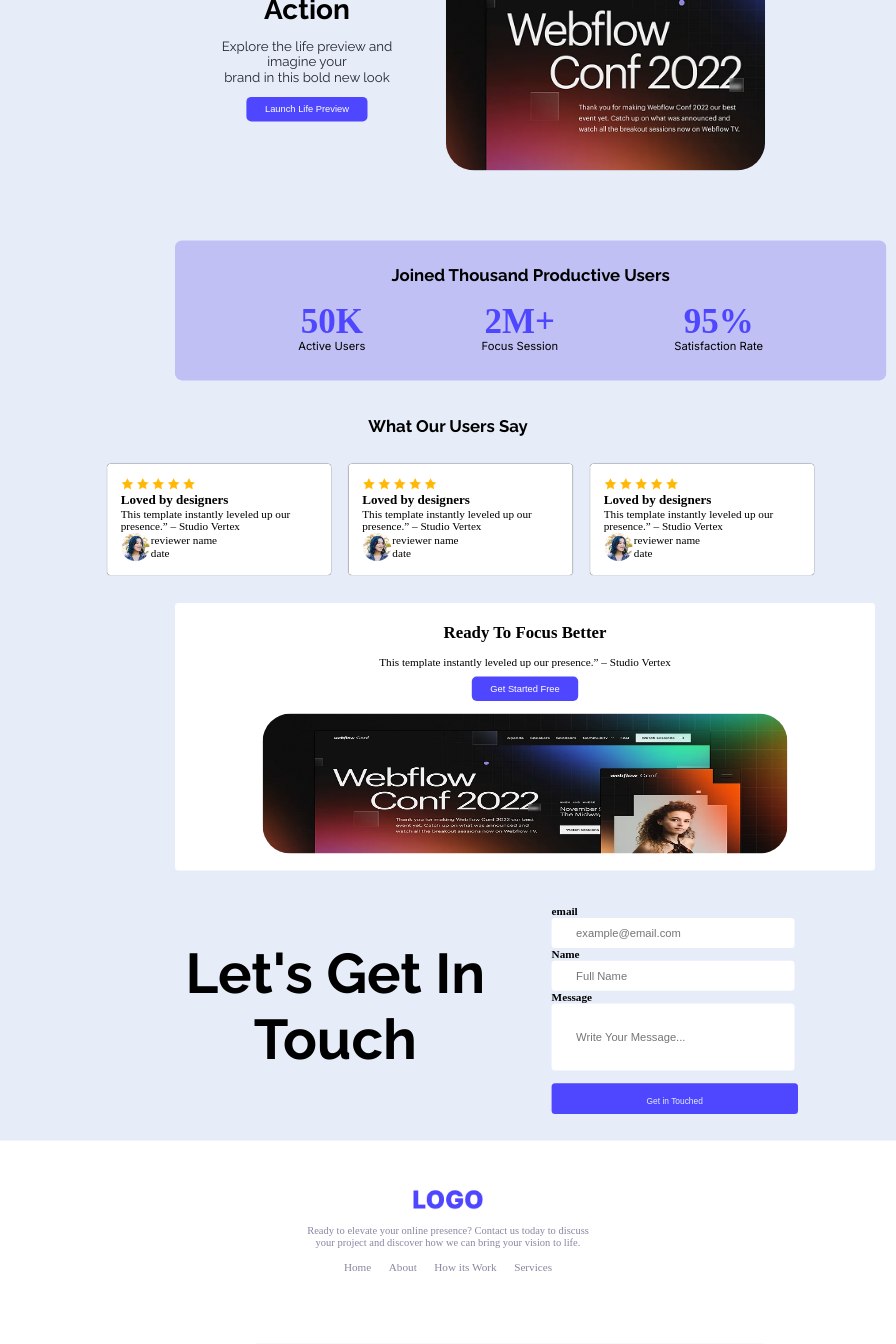
Repository: dollyrakhe22/landing-launchpad
Page: index.html
An editor plug-in stored every save of this project. The page is shown before and after the next save, followed by the edit.
The browser window is 1280 px wide. The pictures show the part of the page from y = 728 to 2648 px (the page is 2648 px tall), at 70% of full size.

Above is the page before, as saved 2025-07-11 15:01:42.

### index.html
<!DOCTYPE html>
<html lang="en">
<head>
    <meta charset="UTF-8">
    <meta name="viewport" content="width=device-width, initial-scale=1.0">
    <title>Landing Launchpad</title>
    <link rel="preconnect" href="https://fonts.googleapis.com">
    <link rel="preconnect" href="https://fonts.googleapis.com">
<link rel="preconnect" href="https://fonts.gstatic.com" crossorigin>
<link href="https://fonts.googleapis.com/css2?family=Inter:ital,opsz,wght@0,14..32,100..900;1,14..32,100..900&family=Open+Sans:ital,wght@0,300..800;1,300..800&family=Raleway:ital,wght@0,100..900;1,100..900&display=swap" rel="stylesheet">
    <link rel="stylesheet" href="style.css">
   </head>
   <body>
    <header>

        <nav>
         <h2 class="inter-normal">LOGO</h2>
            <a href="#"><button>sign up</button></a>
        </nav>
        <div class="banner-section">
             <h1 class="raleway-normal" >Cool Dark UI Template for <br>Webflow Agencies</h1><br>
            <a href=""><button class="button-container">stay focused</button></a>
        </div>
    </header>
    <main>
           <!--action-container--->
           <div class="section-1">
            <div class="action-text">
                <h3 class="raleway-normal">See It in Action</h3><br>
                <p class="raleway-normal " >Explore the life preview and imagine your<br>brand in this bold new look</p><br>
                 <a href=""><button class="button-container">Launch Life Preview</button></a>
                 </div>
                <div>
                     <img src="Assets/wc-mini.png" weight="90%"height="100%"
                     alt="" srcset="">
                </div>
            </div>
           <!--Users-Section-->
           <section class="users-container">
            <h1 class="raleway-normal">Joined Thousand Productive Users</h1>
            <div class="contain">
                 <div>
                <h1>50K</h1>
                <p class="inter-normal">Active Users</p>
            </div>
            <div>
                <h1>2M+</h1>
                <p class="inter-normal">Focus Session</p>
            </div>
            <div>
                <h1>95%</h1>
                <p class="inter-normal">Satisfaction Rate</p>
            </div>
            </div>


           </section>
            <!--Review-Card-->
            <section class="review-card">
                <h1 class="raleway-normal">What Our Users Say</h1>
                <div class="review-box">


                    <div class="box-1">
                 <div class="stars">
                   <img src="Assets/icon-star.png" alt="" srcset="">
                   <img src="Assets/icon-star.png" alt="" srcset="">
                   <img src="Assets/icon-star.png" alt="" srcset="">
                   <img src="Assets/icon-star.png" alt="" srcset="">
                   <img src="Assets/icon-star.png" alt="" srcset="">
                </div>
                <h3>Loved by designers</h3>
                <p>This template instantly leveled up our<br> presence.” – Studio Vertex</p>
                <div class="avater">
                <div class="user-details">
                    <img src="Assets/avatar.png" alt="" srcset="">

                <p>reviewer name<br>date</p>

                </div>
                </div>

               </div>

                <div class="box-1">
                     <div class="stars">
                   <img src="Assets/icon-star.png" alt="" srcset="">
                   <img src="Assets/icon-star.png" alt="" srcset="">
                   <img src="Assets/icon-star.png" alt="" srcset="">
                   <img src="Assets/icon-star.png" alt="" srcset="">
                   <img src="Assets/icon-star.png" alt="" srcset="">
                </div>
                <h3>Loved by designers</h3>
                <p>This template instantly leveled up our<br> presence.” – Studio Vertex</p>
                <div class="avater">
                <div class="user-details">
                    <img src="Assets/avatar.png" alt="" srcset="">

                <p>reviewer name<br>date</p>

                </div>
                </div>
                </div>



                <div class="box-1">
                         <div class="stars">
                   <img src="Assets/icon-star.png" alt="" srcset="">
                   <img src="Assets/icon-star.png" alt="" srcset="">
                   <img src="Assets/icon-star.png" alt="" srcset="">
                   <img src="Assets/icon-star.png" alt="" srcset="">
                   <img src="Assets/icon-star.png" alt="" srcset="">
                </div>
                <h3>Loved by designers</h3>
                <p>This template instantly leveled up our<br> presence.” – Studio Vertex</p>
                <div class="avater">
                <div class="user-details">
                    <img src="Assets/avatar.png" alt="" srcset="">

                <p>reviewer name<br>date</p>

                </div>
                </div>
                </div>
                </div>
            </section>
<!--Focus-Section-->
<section class="focus-container">
        <div>
            <h1>Ready To Focus Better</h1>
            <p>This template instantly leveled up our presence.” – Studio Vertex</p>
            <a href=""><button class="button-container">Get Started Free</button></a>
        </div>
        <br>
        <div>
            <img src="Assets/wc-big.png" alt="" srcset="">
        </div>





</section>

<section>
 <div>
    <div class="lets">
        <h1 class="raleway-normal">Let's Get In<br>Touch</h1>
  <div class="wrapper">
    <div class="input-data">
        <h4>email</h4>
        <input type="email" placeholder="example@email.com"><br>
       <h4>Name</h4>
       <input type="name" placeholder="Full Name"><br>
          <h4>Message</h4>
        <input type="text" placeholder="Write Your Message..." class="input-message"><br><br>
          <input type="button" value="Get in Touched" class="input-button">

    </div>

  </div>
    </div>
 </div>
</section>
    </main>
<!--Footer-Section-->
    <footer>
<div class="footer-header">

           <div>
            <img src="Assets/LOGO.png" alt="" srcset="" width="100px">
           </div><br>

            <p>Ready to elevate your online presence? Contact us today to discuss<br>
                 your project and discover how we can bring your vision to life.</p><br>

              <div class="footer-list-container">
                 <ul class="list">
                  <li><a href="">Home</a></li>
                  <li><a href="">About</a></li>
                  <li><a href="">How its Work</a></li>
                  <li><a href="">Services</a></li>



                 </ul>
              </div>




</div>

    </footer>
</body>
</html>

### style.css
*{
    padding: 0;
    margin: 0;
}
body{
    background-color:#E6EDF9 ;
}
.inter-normal {
  font-family: "Inter", sans-serif;
  font-optical-sizing: auto;
  font-style: normal;


}


header{
    background-image: url("Assets/Hero-bg.png");


}
/*nav style*/
h2{
    color:#4E47FF;
   font-weight:bolder;
   font-size: 35px;


}
nav{
    display: flex;
    justify-content: space-between;
    padding: 70px;
}
nav button{
    text-decoration: none;
    padding: 10px 25px;
    background-color:#4E47FF ;
    color:white;
    border-radius: 5px;
    border: none;


}

.raleway-normal{
  font-family: "Raleway", sans-serif;
  font-optical-sizing: auto;
  font-style: normal;
}
.banner-section{
    text-align: center;
    padding: 90px;
}
.banner-section h1{
    font-weight: bolder;
    font-size: 50px;
}
.button-container{
     padding: 10px 26px;
    background-color:#4E47FF ;
    color:white;
    border-radius: 7px;
    border: none;

}
/*action-container*/

.section-1{
    display: flex;
    justify-content: space-between;
    padding: 50px;
    margin: 190px;
    margin-top: 18px;

}
.action-text{
    text-align: center;
    margin: 50px;
    padding: 20px;
}
.section-1 h3{
    font-size: 40px;
}
.section-1  p{
    color:#252432;
    font-size: 19px;
}
.section-1 img{
    border-radius: 40px;


}
/*Users- Section*/
.users-container{

    text-align: center;
    border: none;
    background-color: #c1c0f4;
    max-width: 996px;
    padding:10px;
    margin: 0px 0px 0px 250px;
    margin-bottom: 50px;
    margin-top: -140px;
    border-radius: 10px;


}
.users-container{
    width: 100%;
    height: 180px;
}
.users-container h1{
    line-height: 50px;
    padding-top: 15px;

}
.contain{
    display: flex;
    justify-content: center;
    justify-content: space-evenly;
    margin-bottom: 30px;



}
.contain h1{
    color: #4E47FF ;
    font-weight: bold;
    font-size: 50px;

}
/*Review-Card*/

   .box-1{
    border: none;
    width:280px;
    padding: 20px;
    margin-right: 5px;
    background-color:#ffff;
    border-radius: 5px;
    box-shadow: 0px 0px 1px 0px;

   }
.review-box{
    display: flex;
    justify-content: center;
    gap: 20px;
    margin: 40px 0px 40px 40px;


}

.review-card h1{
    text-align: center;
}
.user-details img{
    border-radius: 50%;
}
.user-details{
    display: flex;
    align-items: center;
    gap:2px;
}

/*Focus-Section*/
.focus-container{
    text-align: center;
    margin-bottom: 50px;
    border: none;
    margin-left: 250px;
    padding: 20px 10px 20px 10px;
    width: 980px;
    background-color:#ffff ;
    border-radius: 5px;



}
.focus-container h1 {
    line-height: 45px;
}
.focus-container p{
    line-height: 40px;
}
.focus-container img{
    width: 750px;
    height: 200px;
    border-radius: 40px;
}
.lets{
    display: flex;
    justify-content: center;
    margin-bottom: 40px;
    margin: 48px 170px;
    justify-content: space-evenly;
}
.lets h1{
        text-align: center;
        margin: 50px;
        font-size: 80px;
        font-weight: bold;
}
.wrapper .input-data{
    height: 0px;
    width: 100%;
}
input{
    width: 100%;
    border: none;
    height: 7px;
    font-size: 16px;
    outline: none;
    padding: 18px 35px;
    border-radius: 5px;
    background-color: #ffff;
}
.input-message{
    height: 60px;
    width: 100%;
    border: none;
     background-color: #ffff;

}
.input-button{
    background-color: #4E47FF;
    padding-bottom: 26px;
    width:127%;
    color:#E6EDF9;
    font-size: 12px;


}
/*--footer-Section--*/
footer{
         height: 290px;
         background-color:#ffff ;

}

footer p{
    color: #8987A1;
    font-size: 15px;
}
.footer-header{
    text-align: center;
    padding: 70px;

}
.footer-list-container ul li{
        list-style: none;
        text-decoration: none;
        display: flex;
        justify-content: center;

}
.footer-list-container ul li a{
    text-decoration: none;
    color: #8987A1;


}
.footer-list-container .list{
    display: flex;
    justify-content: center;
    gap: 25px;

}

After the next save:
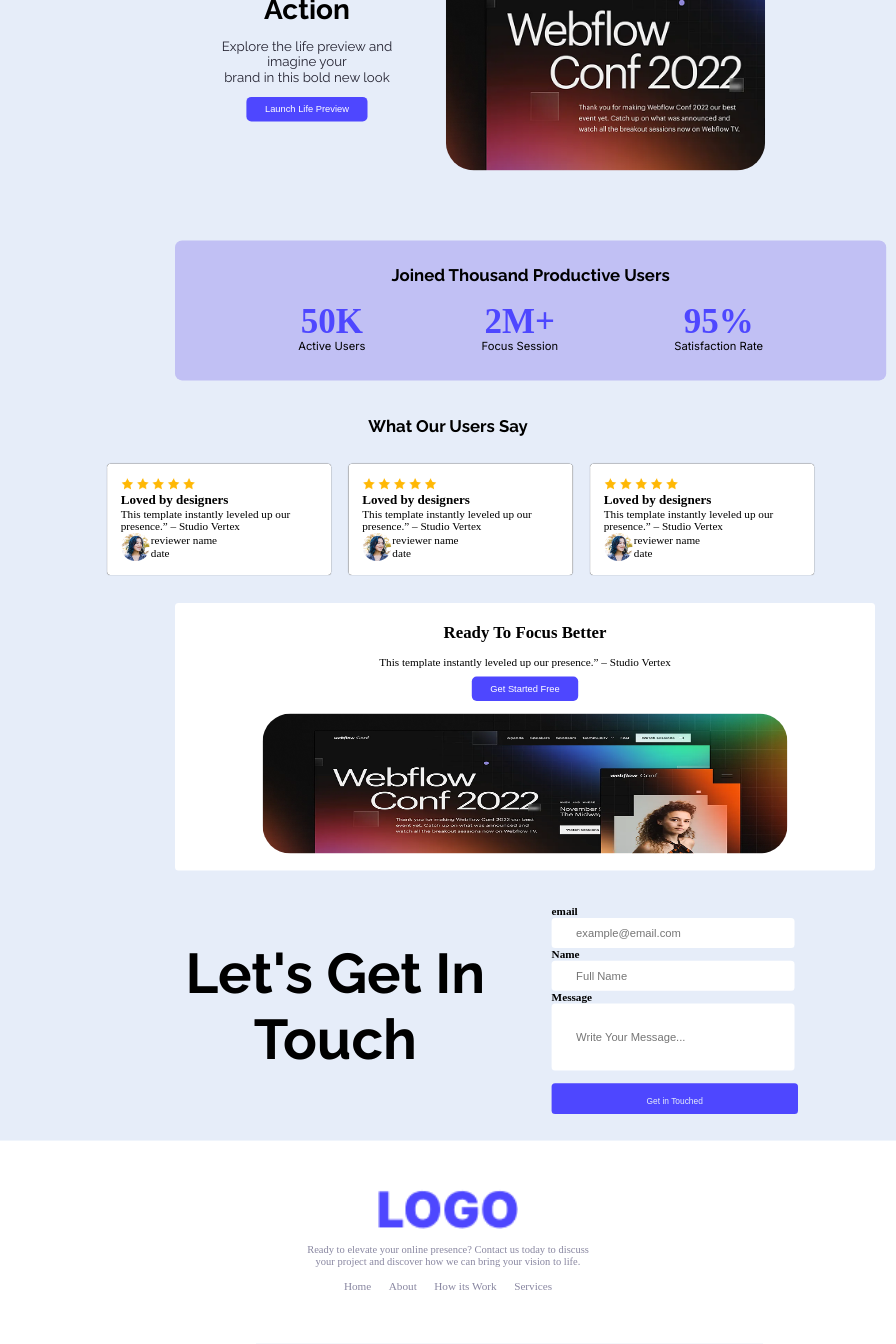
Saved 16 s later.
--- a/index.html
+++ b/index.html
@@ -169,7 +169,7 @@
 <div class="footer-header">
 
            <div>
-            <img src="Assets/LOGO.png" alt="" srcset="" width="100px">
+            <img src="Assets/LOGO.png" alt="" srcset="" width="200px">
            </div><br>
 
             <p>Ready to elevate your online presence? Contact us today to discuss<br>
